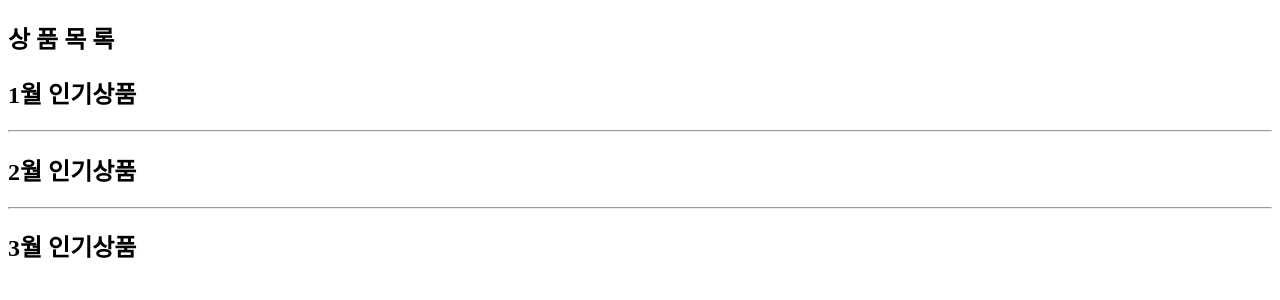
Repository: odasd/jsp
Page: http://localhost/semi/record/record3.jsp
These files come from the project's save history. The page is drawn as it stood at one moment and after the next save; the edit follows.
The browser window is 1280 px wide. The pictures show the whole page.
Some web libraries are served in a nearby version. The page is served by Tomcat 9. Other server files are loaded and not shown. Queries for data that is not in the repository find no rows.

Above is the page before, as saved 2020-06-17 09:07:05.

### semi/WebContent/record/record3.jsp
<%@ page language="java" contentType="text/html; charset=UTF-8"  pageEncoding="UTF-8"%>


<!DOCTYPE html>
<html>
<head>
	<meta charset="UTF-8">
	<title>히히호호</title>
	<script src="http://code.jquery.com/jquery-3.1.1.min.js"></script>
	<script src="https://cdnjs.cloudflare.com/ajax/libs/handlebars.js/3.0.1/handlebars.js"></script>
	<style>
	#tbl1, #tbl2, #tbl3 {width:1000px;}
	.image{width:200px; float:left;}
	</style>
</head>
<body>
   <div id="divPage">
      <div id="divMenu"></div>
      <div id="divHeader">
         <h2>상 품 목 록</h2>
      </div>
      <div id="haha">
       <h2>1월 인기상품</h2>
       <div id="tbl1"></div>
         <script id="temp1" type="text/x-handlebars-template">
         {{#each array}}
					<div class="image"><img src="{{printImage image}}"><br>
					{{product_name}}<br>{{sold_quantity}}</div>
			{{/each}}
      </script>
      <hr>
       <h2>2월 인기상품</h2>
      <div id="tbl2" ></div>
         <script id="temp2" type="text/x-handlebars-template">
         {{#each array}}

					<div class="image"><img src="{{printImage image}}"><br>
					{{product_name}}<br>{{sold_quantity}}</div>

           {{/each}}
      </script>
      <hr>
      <h2>3월 인기상품</h2>
      <div id="tbl3" ></div>
         <script id="temp3" type="text/x-handlebars-template">
         {{#each array}}

					<div class="image"><img src="{{printImage image}}"><br>
					{{product_name}}<br>{{sold_quantity}}</div>

           {{/each}}
      </script>
      </div>
   </div>
</body>
<script>
	var selMonth;

	getList(1);
	getList(2);
	getList(3);


	function getList(selMonth){

    $.ajax({
       type:"get",
       url:"/semi/record/topTen",
       data:{"selMonth":selMonth},
       dataType:"json",
       success:function(data){

          var template = Handlebars.compile($("#temp"+selMonth).html());
          $("#tbl"+selMonth).html(template(data));
       }
       });
    }

	 Handlebars.registerHelper("printImage", function(image){
		 var src;
		 if(!image) src="http://placehold.it/200x300"; else src="/img/product/" + image; return src;
		 });
</script>
</html>

### semi/src/record/RecordServlet.java
package record;

import java.io.IOException;
import java.io.PrintWriter;

import javax.servlet.ServletException;
import javax.servlet.annotation.WebServlet;
import javax.servlet.http.HttpServlet;
import javax.servlet.http.HttpServletRequest;
import javax.servlet.http.HttpServletResponse;

import org.json.simple.JSONObject;

/**
 * Servlet implementation class RecordServlet
 */
@WebServlet(value={"/record/topTen"})
public class RecordServlet extends HttpServlet {
	private static final long serialVersionUID = 1L;


	protected void doGet(HttpServletRequest request, HttpServletResponse response) throws ServletException, IOException {
		response.setContentType("text/html;charset=UTF-8"); //한글깨짐 방지
		PrintWriter out=response.getWriter(); //브라우저에 출력하기 위한 객체
		RecordDAO rdao=new RecordDAO();

		switch(request.getServletPath()) {

		case "/record/topTen" :

			String strMonth=request.getParameter("selMonth");
			int month=Integer.parseInt(strMonth);
			out.println(rdao.list(month));
			break;

		}


	}


	protected void doPost(HttpServletRequest request, HttpServletResponse response) throws ServletException, IOException {

	}

}

### semi/src/record/RecordDAO.java
package record;

import java.sql.PreparedStatement;
import java.sql.ResultSet;

import org.json.simple.JSONArray;
import org.json.simple.JSONObject;

import database.Database;

public class RecordDAO {


	//월별 탑10 상품 출력

	public JSONObject list(int month) {
		JSONObject jObject=new JSONObject();
		try {
			String sql="select img, product_name, sold_quantity\r\n" +
					"from product p, sell_record s\r\n" +
					"where p.product_code=s.product_code and p.category_code=s.category_code and month=?\r\n" +
					"order by sold_quantity desc limit 0, 5";
			PreparedStatement ps=Database.CON.prepareStatement(sql);
			ps.setInt(1, month);
			ResultSet rs=ps.executeQuery();
			JSONArray jArray=new JSONArray();
			while(rs.next()) {
				JSONObject obj=new JSONObject();
				obj.put("img", rs.getString("img"));
				obj.put("product_name", rs.getString("product_name"));
				obj.put("sold_quantity", rs.getInt("sold_quantity"));
				jArray.add(obj);
			}
			jObject.put("array", jArray);
		} catch(Exception e) {
			System.out.println("top10상품목록 : "+e.toString());
		}

		return jObject;
	}

}

### semi/src/database/Database.java
package database;

import java.sql.*;

public class Database {
	public static Connection CON;
	static {
		try {
			Class.forName("com.mysql.jdbc.Driver");
			CON = DriverManager.getConnection("jdbc:mysql://localhost:3306/mydb", "semi", "pass");
			System.out.println("connected");
		} catch (Exception e) {
			System.out.println("connection error: " + e.toString());
		}
	}
}

After the next save:
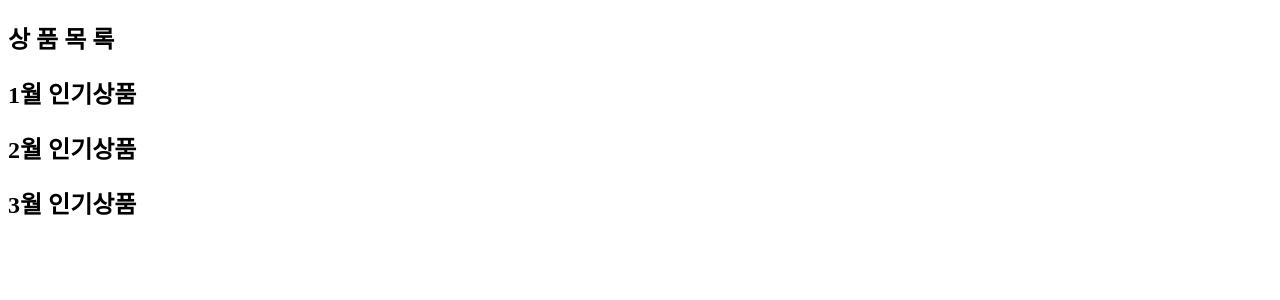
Saved 38 s later.
--- a/semi/WebContent/record/record3.jsp
+++ b/semi/WebContent/record/record3.jsp
@@ -20,6 +20,7 @@
          <h2>상 품 목 록</h2>
       </div>
       <div id="haha">
+      <div>
        <h2>1월 인기상품</h2>
        <div id="tbl1"></div>
          <script id="temp1" type="text/x-handlebars-template">
@@ -28,7 +29,8 @@
 					{{product_name}}<br>{{sold_quantity}}</div>
 			{{/each}}
       </script>
-      <hr>
+      </div>
+      <div>
        <h2>2월 인기상품</h2>
       <div id="tbl2" ></div>
          <script id="temp2" type="text/x-handlebars-template">
@@ -39,7 +41,8 @@
 
            {{/each}}
       </script>
-      <hr>
+      </div>
+      <div>
       <h2>3월 인기상품</h2>
       <div id="tbl3" ></div>
          <script id="temp3" type="text/x-handlebars-template">
@@ -50,6 +53,7 @@
 
            {{/each}}
       </script>
+      </div>
       </div>
    </div>
 </body>
